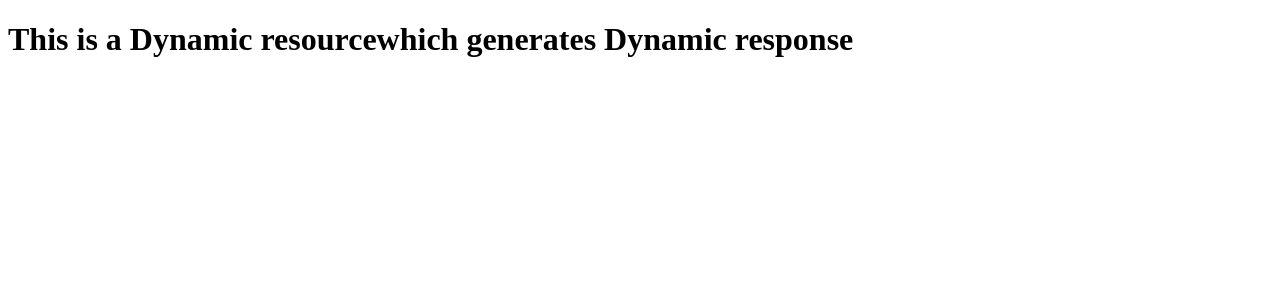
Repository: Krish1971997/eclipse-workspace
Page: Servelet-workspace/my-first-dynamic-web-app/src/main/webapp/index.html
The author's editor kept a copy of each file at every save. The page is drawn from the files as they stood at one save, then again after the next save.
The browser window is 1280 px wide. The pictures show the whole page.

Above is the page before, as saved 2022-12-22 13:01:28.

After the next save:
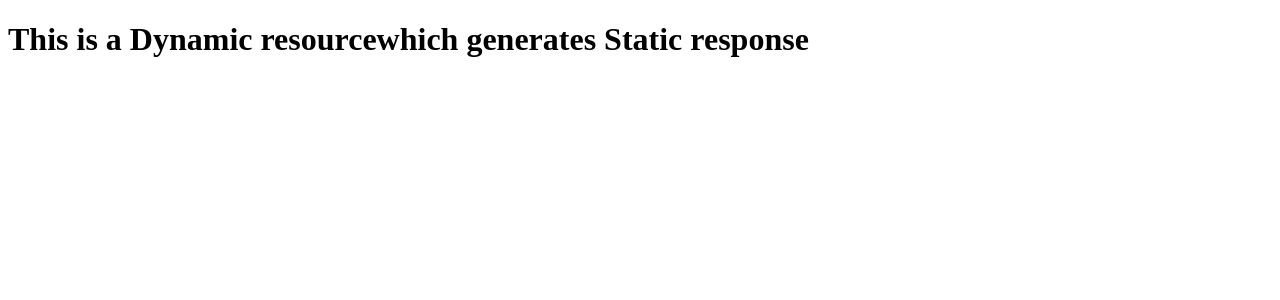
Saved 10 s later.
--- a/Servelet-workspace/my-first-dynamic-web-app/src/main/webapp/index.html
+++ b/Servelet-workspace/my-first-dynamic-web-app/src/main/webapp/index.html
@@ -5,6 +5,6 @@
 <title>Insert title here</title>
 </head>
 <body>
- <h1>This is a Dynamic resourcewhich generates Dynamic response</h1>
+ <h1>This is a Dynamic resourcewhich generates Static response</h1>
 </body>
 </html>
